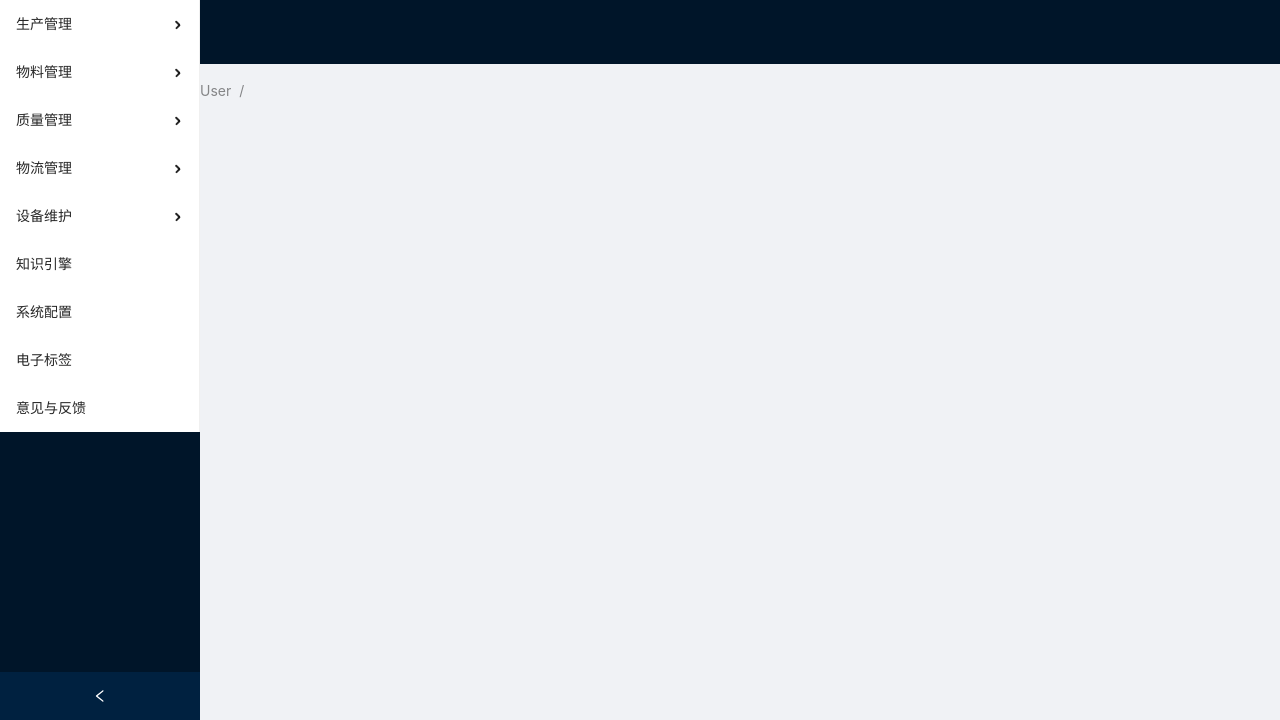
Repository: Vsran/management
Page: /
The author's editor kept a copy of each file at every save. The page is drawn from the files as they stood at one save, then again after the next save.
The browser window is 1280 px wide. The pictures show the whole page.
The project was rebuilt for these pictures with package versions that can differ from the ones it lists, and the page was loaded fresh each time. Also part of the build but not shown: src/routeWithSubRoutes.js.

Above is the page before, as saved 2021-01-19 17:33:42.

### src/index.js
import React from "react";
import ReactDOM from "react-dom";
//import { Provider } from "react-redux";
//import { store } from "./redux/store";
//import "./index.css";
import reportWebVitals from "./reportWebVitals";
import App from "./App";

console.dir('App', App);

//import SiderDemo from './pages/layout';
//import 'antd/dist/antd.css';
//ReactDOM.render(
//  <Provider store={store}>
//    <React.StrictMode>
//      <App />
//    </React.StrictMode>
//  </Provider>,
//  document.getElementById("root")
//);

//ReactDOM.render(
//  <SiderDemo/>,
//  document.getElementById("root")
//);

ReactDOM.render(
  <App/>,
  document.getElementById('root')
);

// If you want to start measuring performance in your app, pass a function
// to log results (for example: reportWebVitals(console.log))
// or send to an analytics endpoint. Learn more: https://bit.ly/CRA-vitals
reportWebVitals();

### src/App.js
import { BrowserRouter as Router, Switch } from "react-router-dom";
import routes from "./router";
import 'antd/dist/antd.css';
import RouteWithSubRoutes from "./routeWithSubRoutes";
import SideBar from "./components/sidebar";
import { Layout, Breadcrumb } from "antd";
const { Header, Content, Footer, Sider } = Layout;

export default function RouteConfig() {
  return (
    <Router>
      <Layout style={{ minHeight: "100vh" }}>
        <SideBar />
        <Layout>
          <Header className='site-layout-background' style={{ padding: 0 }} />
          <Content>
            <Breadcrumb style={{ margin: "16px 0" }}>
              <Breadcrumb.Item>User</Breadcrumb.Item>
              <Breadcrumb.Item>
                {" "}
                <Switch>
                  {routes.map((route, i) => (
                    <RouteWithSubRoutes key={i} {...route} />
                  ))}
                </Switch>
              </Breadcrumb.Item>
            </Breadcrumb>
          </Content>
        </Layout>
      </Layout>
    </Router>
  );
}

### src/router.js
import React from "react";

const routes = [
  {
    path: '/production',
    component: () => <div>生产管理</div>,
    routes: [
      {
        path: '/production/planning',
        component: () => <div>计划工单</div>
      },
      {
        path: '/production/task',
        component: () => <div>生产任务</div>
      },
      {
        path: '/production/panel',
        component: () => <div>生产看板</div>
      },
      {
        path: '/production/sheet',
        component: () => <div>生产报表</div>
      },
      {
        path: '/production/order',
        component: () => <div>销售订单</div>
      },
      {
        path: 'production/history',
        component: () => <div>追溯</div>
      }
    ]
  },
  {
    path: '/material',
    component: () => <div>物料管理</div>,
    routes: [
      {
        path: '/material/request',
        component: () => <div>物料请求</div>
      },
      {
        path: '/material/task',
        component: () => <div>备料任务</div>
      },
      {
        path: '/material/account',
        component: () => <div>现有量查询</div>
      },
      {
        path: '/material/record',
        component: () => <div>记录查询</div>
      },
      {
        path: '/material/panel',
        component: () => <div>物料看板</div>
      },
      {
        path: '/material/sheet',
        component: () => <div>物料报表</div>
      }
    ]
  },
  {
    path: '/quality',
    component: () => <div>质量管理</div>,
    routes: [
      {
        path: '/quality/task',
        component: () => <div>质检任务</div>
      },
      {
        path: '/quality/panel',
        component: () => <div>质检看板</div>
      },
      {
        path: '/quality/sheet',
        component: () => <div>质检报表</div>
      }
    ]
  },
  {
    path: '/distribution',
    component: () => <div>物流管理</div>,
    routes: [
      {
        path: '/distribution/search',
        component: <div>物流查询</div>
      },
      {
        path: '/distribution/record',
        component: <div>记录查询</div>
      }
    ]
  },
  {
    path: '/equipment',
    component: () => <div>设备维护</div>,
    routes: [
      {
        path: '/equipment/state',
        component: () => <div>设备实况</div>
      },
      {
        path: '/equipment/task',
        component: () => <div>维护任务</div>
      },
      {
        path: '/equipment/request',
        component: () => <div>维护请求</div>
      },
      {
        path: '/equipment/management',
        component: () => <div>设备管理</div>
      },
      {
        path: '/equipment/panel',
        component: () => <div>设备看板</div>
      },
      {
        path: '/equipment/sheet',
        component: () => <div>设备报表</div>
      }
    ]
  },
  {
    path: '/engine',
    component: () => <div>知识引擎</div>
  },
  {
    path: '/setting',
    component: () => <div>系统配置</div>
  },
  {
    path: '/esign',
    component: () => <div>电子标签</div>
  },
  {
    path: '/feedback',
    component: () => <div>意见与反馈</div>
  }
];

export default routes;

### src/components/sidebar/index.js
import React from "react";
import { Link } from "react-router-dom";
import { Layout, Menu } from "antd";

const { Sider } = Layout;
const { SubMenu } = Menu;
const menu = [
  {
    name: "生产管理",
    link: "/production",
    children: [
      { name: "生产管理", link: "/production/management" },
      { name: "生产任务", link: "/production/task" },
      { name: "生产看板", link: "/production/panel" },
      { name: "生产报表", link: "/production/sheet" },
      { name: "销售订单", link: "/production/order" },
      { name: "追溯", link: "/production/history" },
    ],
  },
  {
    name: "物料管理",
    link: "/material",
    children: [
      { name: "物料请求", link: "/material/request" },
      { name: "备料任务", link: "/material/task" },
      { name: "现有量查询", link: "/material/account" },
      { name: "记录查询", link: "/material/record" },
      { name: "物料看板", link: "/material/panel" },
      { name: "物料报表", link: "/material/sheet" },
    ],
  },
  {
    name: "质量管理",
    link: "/quality",
    children: [
      { name: "质检任务", link: "/quality/task" },
      { name: "质检看板", link: "/quality/task" },
      { name: "质检报表", link: "/quality/sheet" },
    ],
  },
  {
    name: "物流管理",
    link: "/distribution",
    children: [
      { name: "物流查询", link: "/distribution/search" },
      { name: "记录查询", link: "/distribution/record" },
    ],
  },
  {
    name: "设备维护",
    link: "/equipment",
    children: [
      { name: "设备实况", link: "/equipment/account" },
      { name: "维护任务", link: "/equipment/task" },
      { name: "维护请求", link: "/equipment/request" },
      { name: "设备管理", link: "/equipment/management" },
      { name: "设备看板", link: "/equipment/panel" },
      { name: "设备报表", link: "/equipment/sheet" },
    ],
  },
  {
    name: "知识引擎",
    link: "/engine",
  },
  {
    name: "系统配置",
    link: "/setting",
  },
  {
    name: "电子标签",
    link: "/esign",
  },
  {
    name: "意见与反馈",
    link: "/feedback",
  },
];

export default class SideBar extends React.Component {
  state = {
    collapsed: false,
  };

  onCollapse = (collapsed) => {
    console.log(collapsed);
    this.setState({ collapsed });
  };
  render() {
    const { collapsed } = this.state;
    return (
      <Sider collapsible collapsed={collapsed} onCollapse={this.onCollapse}>
        <div className='logo' />
        <Menu>
          {menu.map((outerItem, index) => {
            if (!outerItem.children) {
              return <SubMenuWithLink {...outerItem} key={index} />;
            } else {
              return (
                <SubMenu key={`sub${index}`} title={outerItem.name}>
                  {outerItem.children.map((innerItem, i) => (
                    <SubMenuWithLink {...innerItem} key={i} />
                  ))}
                </SubMenu>
              );
            }
          })}
        </Menu>
      </Sider>
    );
  }
}
console.log(SideBar);

function SubMenuWithLink({ ...props }) {
  let { name, link, key } = props;
  console.log(name, link, key);
  return (
    <Menu.Item key={key}>
      <Link to={link}>{name}</Link>
    </Menu.Item>
  );
}

Loaded but not shown: public/index.html (common file); src/reportWebVitals.js (common file)

After the next save:
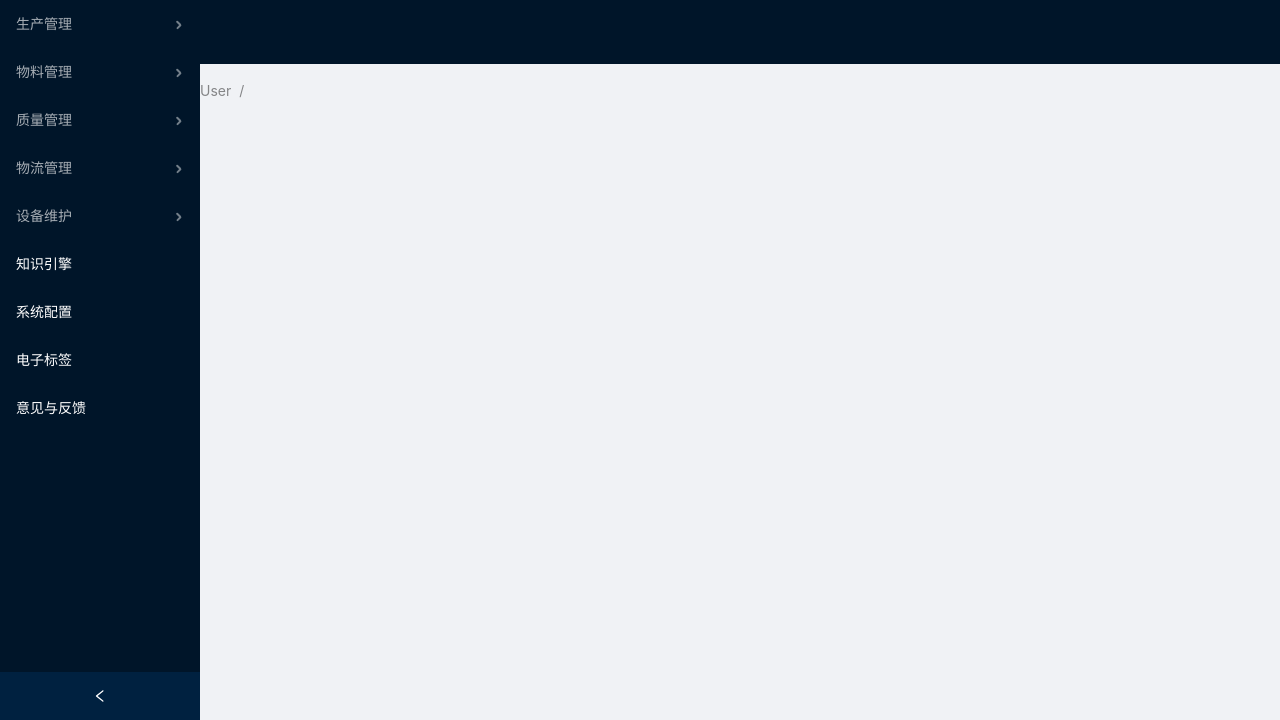
Saved 32 s later.
--- a/src/components/sidebar/index.js
+++ b/src/components/sidebar/index.js
@@ -90,7 +90,7 @@ export default class SideBar extends React.Component {
     return (
       <Sider collapsible collapsed={collapsed} onCollapse={this.onCollapse}>
         <div className='logo' />
-        <Menu>
+        <Menu theme='dark'>
           {menu.map((outerItem, index) => {
             if (!outerItem.children) {
               return <SubMenuWithLink {...outerItem} key={index} />;
